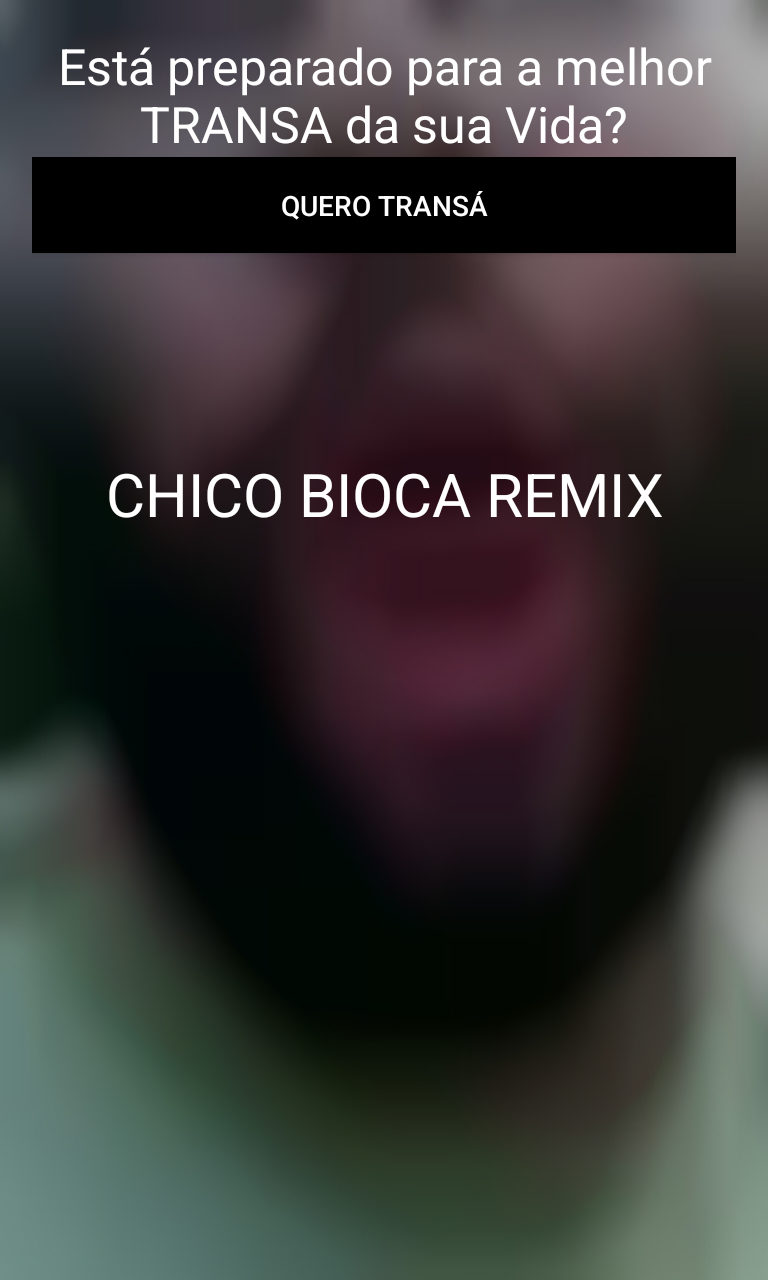
Repository: Cookahn/bioca_sounds
Layout: ChicoBiocaApp/res/layout/activity_main.xml
The author's editor kept a copy of each file at every save. The layout is drawn from the files as they stood at one save, then again after the next save.
It is drawn on a 768 x 1280 px phone screen (xhdpi) without system bars, with theme AppTheme; the app's code is not run.

Above is the layout before, as saved 2014-08-12 12:59:19.

After the next save:
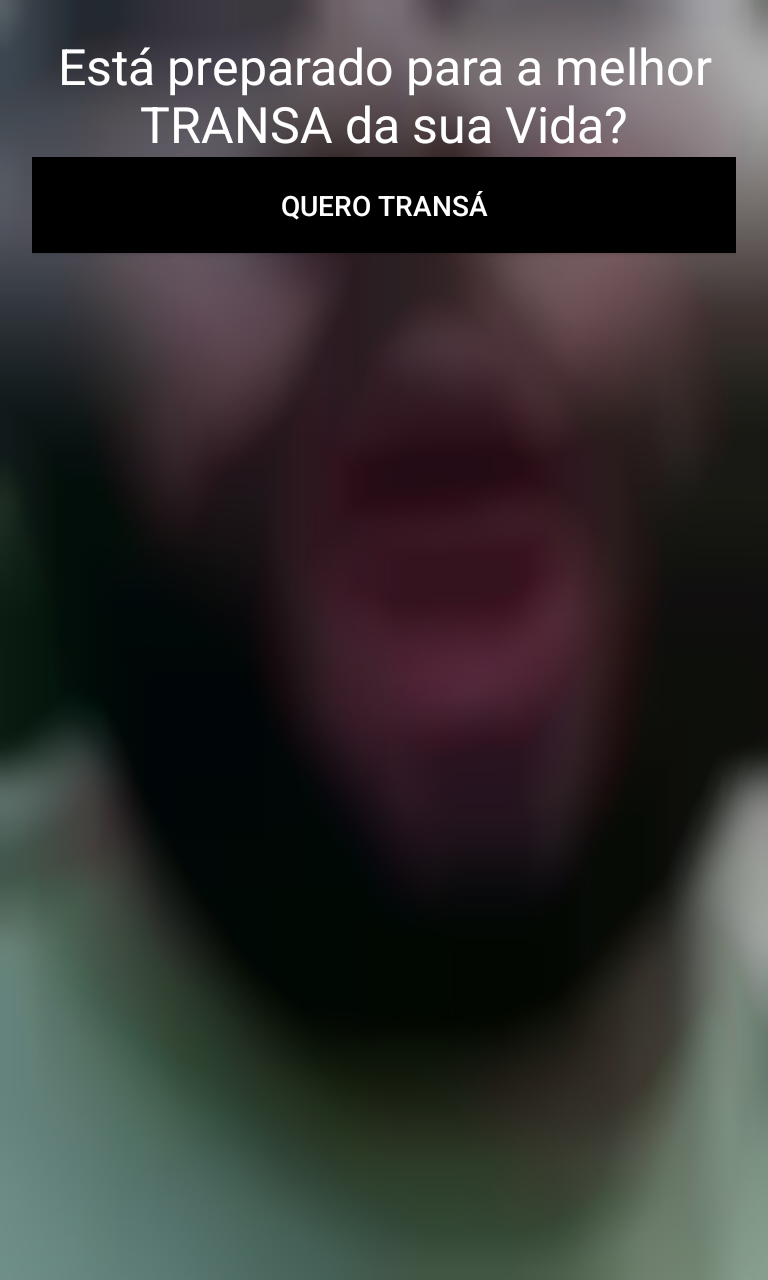
Saved 34 s later.
--- a/ChicoBiocaApp/res/layout/activity_main.xml
+++ b/ChicoBiocaApp/res/layout/activity_main.xml
@@ -36,7 +36,7 @@
     </LinearLayout>
 
     <LinearLayout
-        android:layout_width="match_parent"
+        android:layout_width="0"
         android:layout_height="wrap_content"
         android:gravity="center_vertical"
         android:orientation="vertical" >

After the 3 saves that followed:
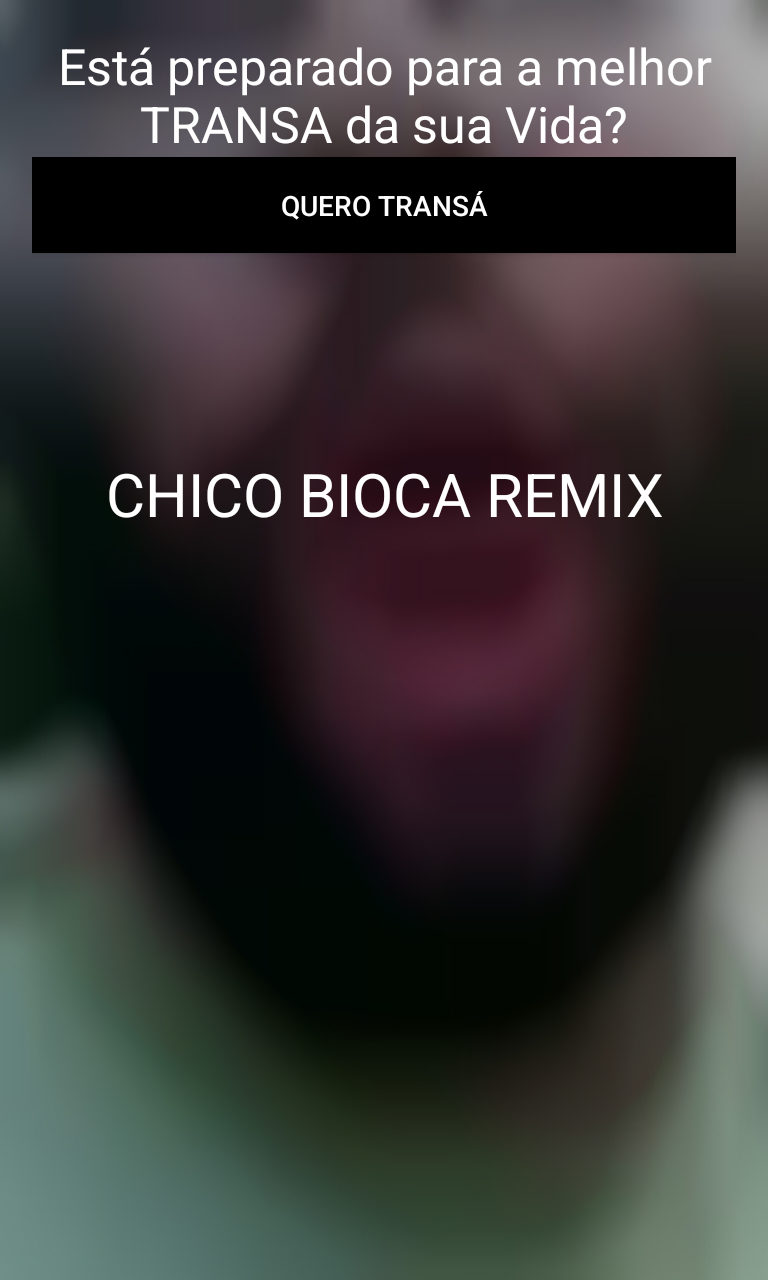
The 3 saves are shown as one change because 2 left the picture as it was.
The last was saved 20 s later.
--- a/ChicoBiocaApp/res/layout/activity_main.xml
+++ b/ChicoBiocaApp/res/layout/activity_main.xml
@@ -36,7 +36,7 @@
     </LinearLayout>
 
     <LinearLayout
-        android:layout_width="0"
+        android:layout_width="match_parent"
         android:layout_height="wrap_content"
         android:gravity="center_vertical"
         android:orientation="vertical" >
